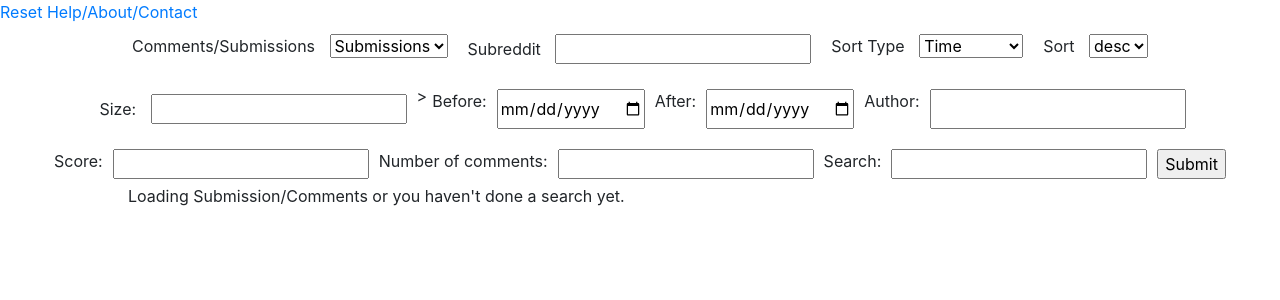
Repository: ihsoyCT/ctarchive
Page: dist/index.html
These files come from the project's save history. The page is drawn as it stood at one moment and after the next save; the edit follows.
The browser window is 1280 px wide. The pictures show the whole page.

Above is the page before, as saved 2022-05-03 17:20:58.

After the next save:
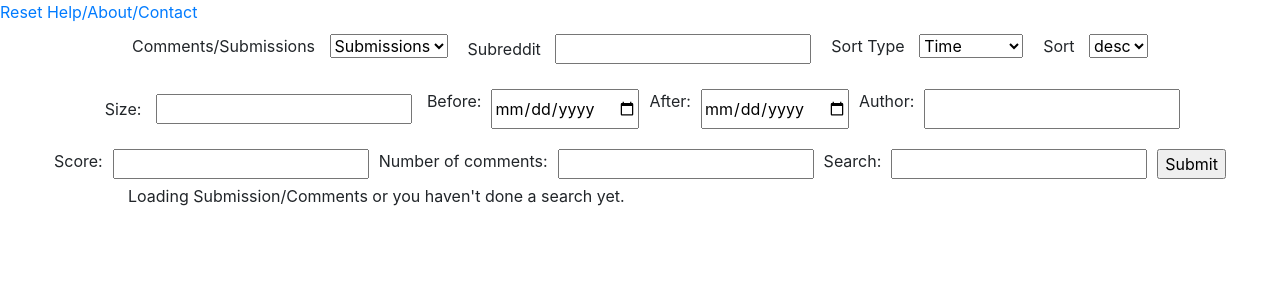
Saved 16 s later.
--- a/dist/index.html
+++ b/dist/index.html
@@ -136,21 +136,20 @@
               <option value="created_utc">Time</option>
               <option value="score">Score</option>
               <option value="num_comments">Comments</option>
-            </select></label
-          >
-          <label for="sort"
-            ><span class="label">Sort</span>
+            </select>
+          </label>
+          <label for="sort">
+            <span class="label">Sort</span>
             <select name="sort" id="sort">
               <option value="desc">desc</option>
               <option value="asc">asc</option>
-            </select></label
-          >
+            </select>
+          </label>
           <div class="break"></div>
           <label for="size"
             ><span class="label">Size:</span>
             <input type="text" name="size" id="size" />
           </label>
-          >
           <label for="before">Before:</label>
           <input type="date" name="before" id="before" />
           <label for="after">After:</label>
